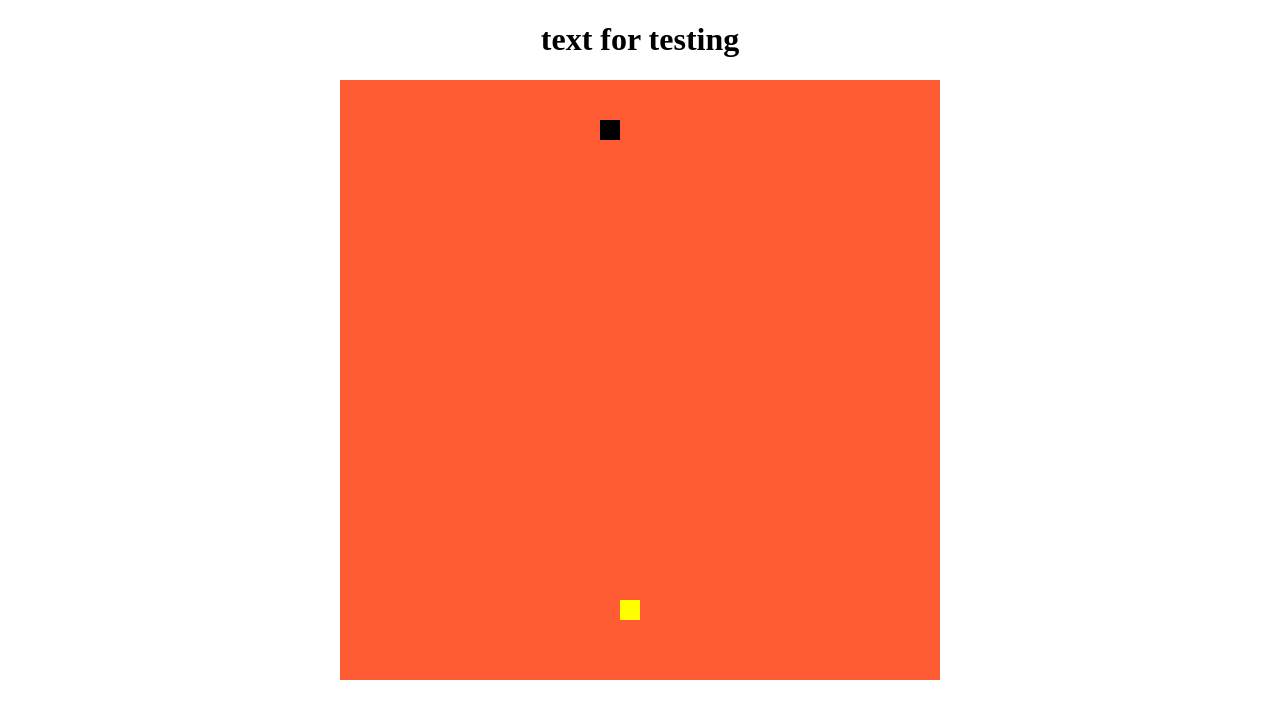
Repository: jessehapuli/jessehapuli.github.io
Page: snake/snake.html
An editor plug-in stored every save of this project. The page is shown before and after the next save, followed by the edit.
The browser window is 1280 px wide. The pictures show the whole page.

Above is the page before, as saved 2024-05-13 11:02:06.

### snake/snake.html
<!DOCTYPE html>
<html lang="en">
<head>
    <title>Snake</title>
    <meta charset="UTF-8">
    <meta http-equiv="X-UA-Compatible" content="IE=edge">
    <meta name="viewport" content="width=device-width, initial-scale=1.0">
    <link rel="stylesheet" href="test.css">
    <script type="text/javascript" src="testsnake.js"></script>
</head>
<body>

    <!--stuff-->
<h1>text for testing</h1>

    <canvas id="board"></canvas>

</body>
</html>

### snake/test.css
body {
    text-align: center;
}
canvas{
   /*placeholder*/
}

### snake/testsnake.js
//board
var board;
var Context;
var blocksize = 20;
var rows = 30;
var columns = 30;
var mesh = 1;

//sneak
var snakeX;
var snakeY;

//velocity
var velocityX = 0;
var velocityY = 0;

//apple
var appleX;
var appleY;

window.onload = function() {
    board = document.getElementById("board");
    board.height = rows * blocksize;
    board.width = columns * blocksize;
    Context = board.getContext("2d");

    placesnake();
    placeapple();
    document.addEventListener("keyup", changeDirection);
    //update
    setInterval(update, 1000/10);
}

function update() {
    Context.fillStyle="rgb(255, 92, 51)";
    Context.fillRect(0, 0, board.width, board.height);

    Context.fillStyle="black";
    snakeX += velocityX * blocksize;
    snakeY += velocityY * blocksize;
    Context.fillRect(snakeX, snakeY, blocksize, blocksize);

    if (snakeX  == appleX && snakeY == appleY) {
        placeapple();
    }

    Context.fillStyle="yellow";
    Context.fillRect(appleX, appleY, blocksize, blocksize);
}

function changeDirection(e) {
    if (e.code == "KeyW") {
        velocityX = 0;
        velocityY = -1;
    }

    else if (e.code == "KeyS") {
        velocityX = 0;
        velocityY = 1;
    }

    else if (e.code == "KeyA") {
        velocityX = -1;
        velocityY = 0;
    }

    else if (e.code == "KeyD") {
        velocityX = 1;
        velocityY = 0;
    }
}




function placeapple() {
    appleX = Math.floor(Math.random() * columns) * blocksize;
    appleY = Math.floor(Math.random() * rows) * blocksize;
}

function placesnake() {
    snakeX = Math.floor(Math.random() * columns) * blocksize;
    snakeY = Math.floor(Math.random() * rows) * blocksize;
}

After the next save:
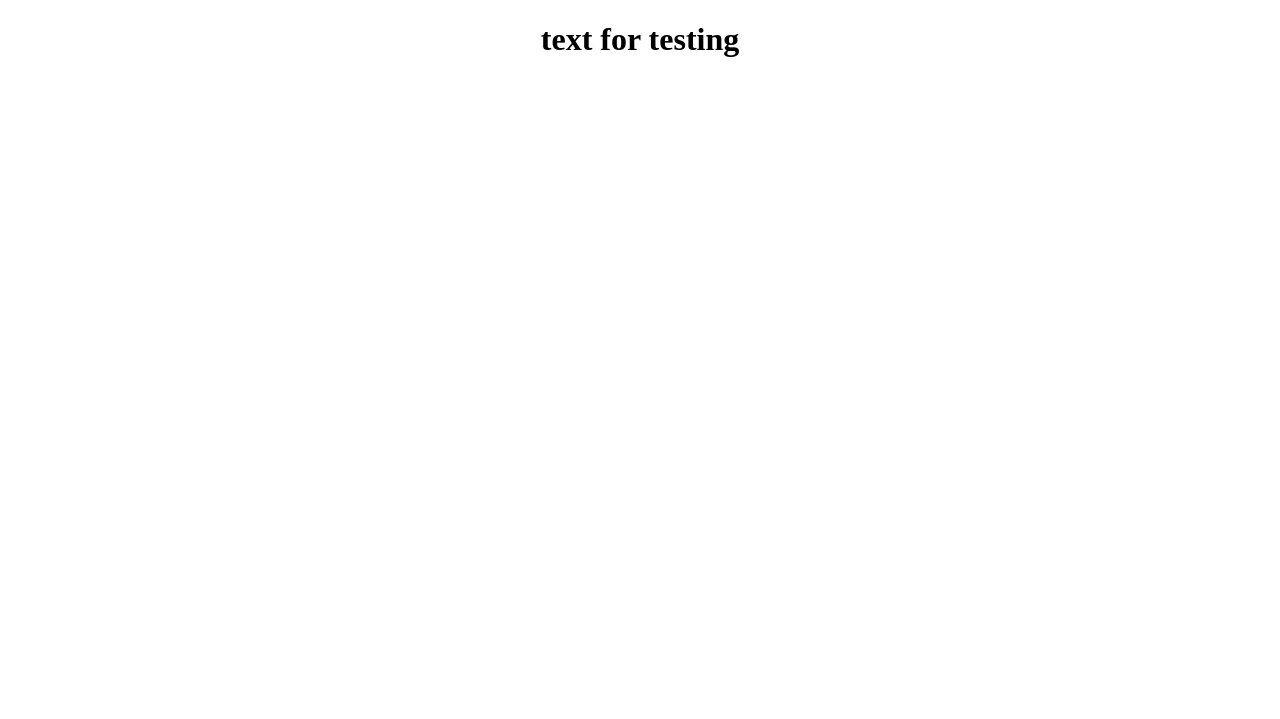
Console error: SyntaxError: Invalid left-hand side in assignment
Saved 7 min 29 s later.
--- a/snake/testsnake.js
+++ b/snake/testsnake.js
@@ -17,6 +17,10 @@
 //apple
 var appleX;
 var appleY;
+
+//tail
+var tailX;
+var tailY;
 
 window.onload = function() {
     board = document.getElementById("board");
@@ -42,10 +46,14 @@
 
     if (snakeX  == appleX && snakeY == appleY) {
         placeapple();
+        placetail();
     }
 
     Context.fillStyle="yellow";
     Context.fillRect(appleX, appleY, blocksize, blocksize);
+
+    Context.fillStyle="gray";
+    Context.fillRect(tailX, tailY, blocksize, blocksize);
 }
 
 function changeDirection(e) {
@@ -71,7 +79,9 @@
 }
 
 
-
+function placetail() {
+    tailX = snakeX && tailY = snakeY * blocksize;
+}
 
 function placeapple() {
     appleX = Math.floor(Math.random() * columns) * blocksize;

After the 2 saves that followed:
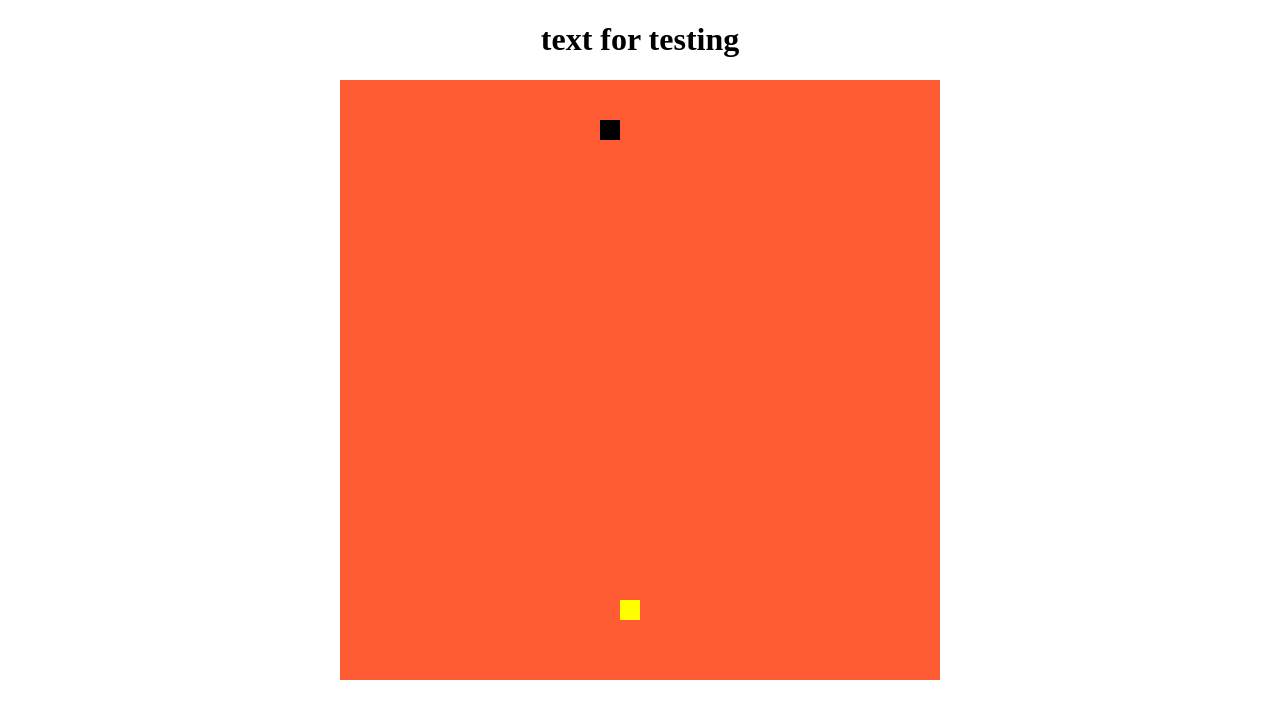
The error is gone.
The 2 saves are shown as one change because 1 left the picture as it was.
The last was saved 2 min 40 s later.
--- a/snake/testsnake.js
+++ b/snake/testsnake.js
@@ -57,31 +57,29 @@
 }
 
 function changeDirection(e) {
-    if (e.code == "KeyW") {
+    if (e.code == "KeyW" && velocityY != 1) {
         velocityX = 0;
         velocityY = -1;
     }
 
-    else if (e.code == "KeyS") {
+    else if (e.code == "KeyS" && velocityY != -1) {
         velocityX = 0;
         velocityY = 1;
     }
 
-    else if (e.code == "KeyA") {
+    else if (e.code == "KeyA" && velocityX != 1) {
         velocityX = -1;
         velocityY = 0;
     }
 
-    else if (e.code == "KeyD") {
+    else if (e.code == "KeyD" && velocityX != -1) {
         velocityX = 1;
         velocityY = 0;
     }
 }
 
 
-function placetail() {
-    tailX = snakeX && tailY = snakeY * blocksize;
-}
+
 
 function placeapple() {
     appleX = Math.floor(Math.random() * columns) * blocksize;
